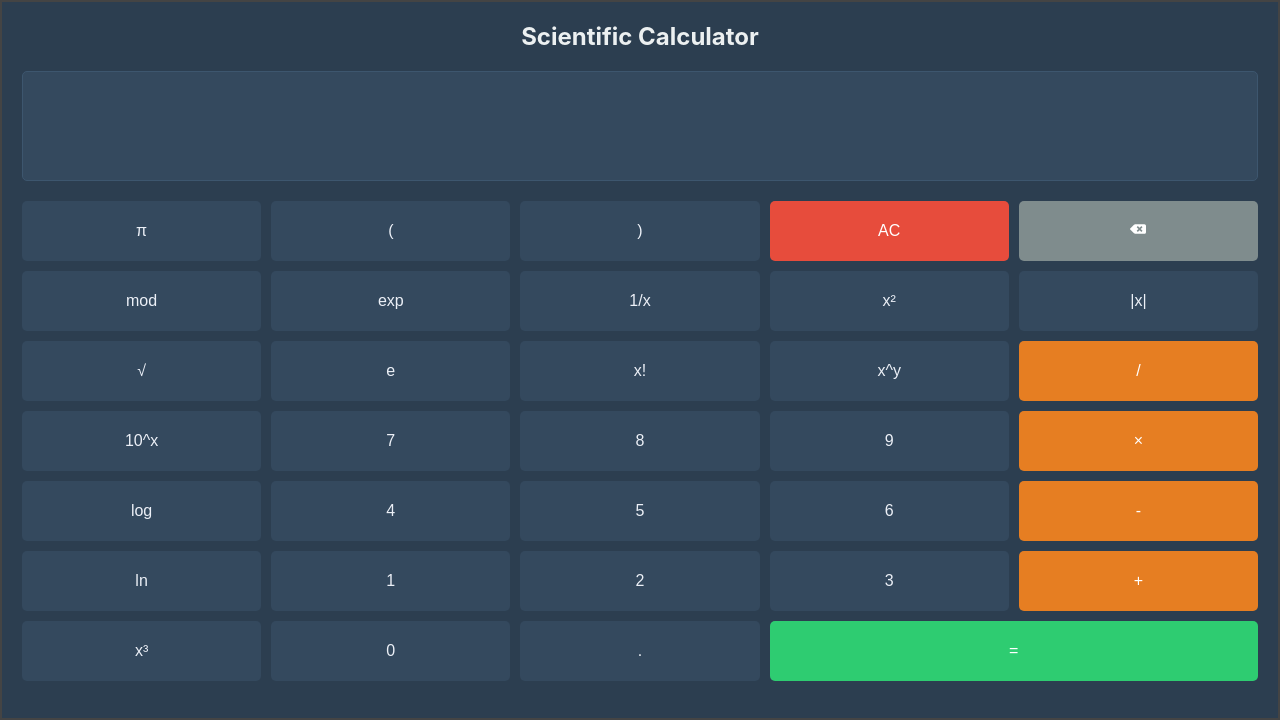
Repository: thesaherriaz/Calculator-React
Page: /
An editor plug-in stored every save of this project. The page is shown before and after the next save, followed by the edit.
The browser window is 1280 px wide. The pictures show the whole page.
The project was rebuilt for these pictures with package versions that can differ from the ones it lists, and the page was loaded fresh each time.

Above is the page before, as saved 2025-06-20 12:57:31.

After the next save:
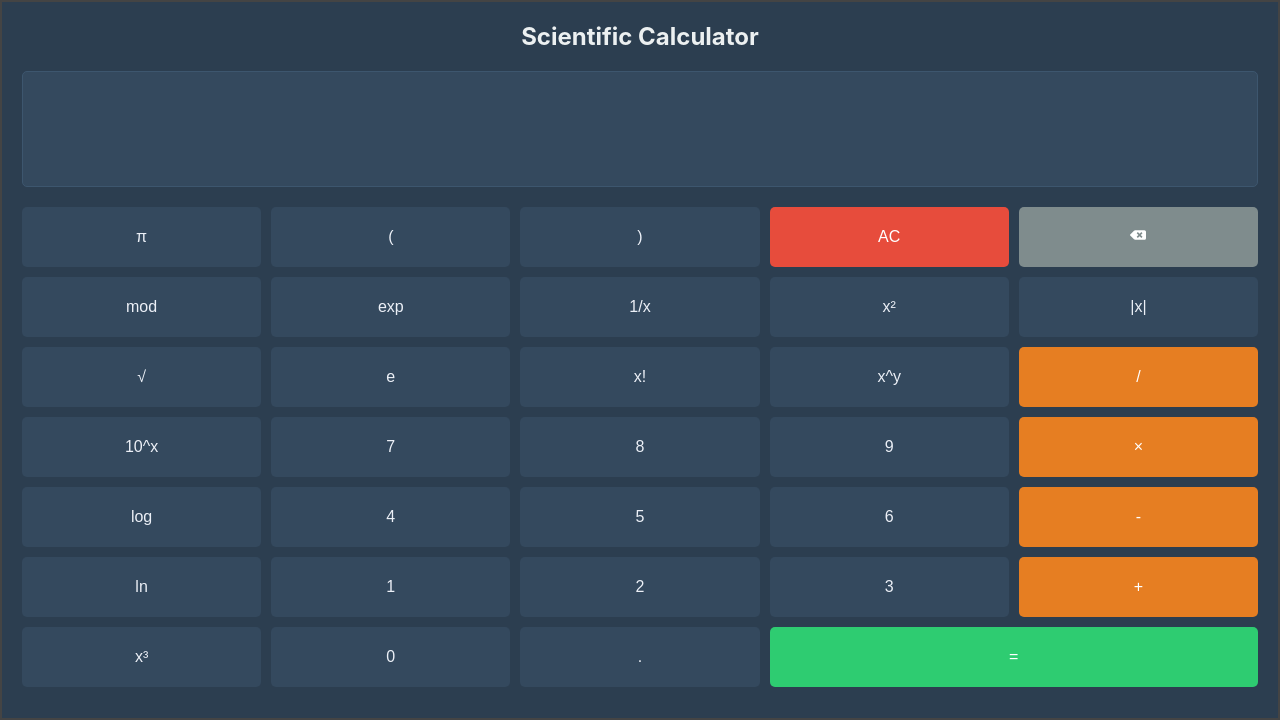
Saved 22 s later.
--- a/src/compnents/Calculator.css
+++ b/src/compnents/Calculator.css
@@ -33,7 +33,7 @@
 }
 
 .input {
-    font-size: 1.2em;
+    font-size: 1.5em;
     color: #bdc3c7;
     min-height: 1.3em;
     margin-bottom: 10px;
